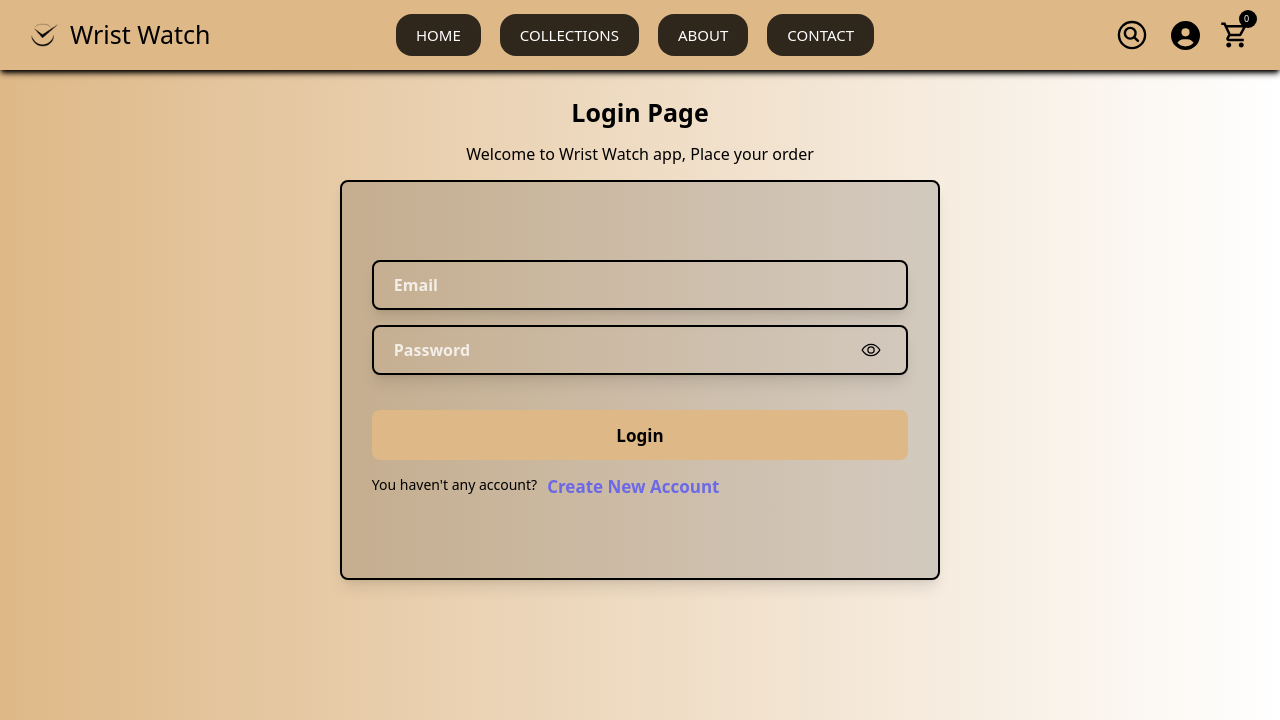
Repository: mansibhanushali/online_watch_ecommerce_mernstack_webapplication
Page: /login (app in frontend/)
These files come from the project's save history. The page is drawn as it stood at one moment and after the next save; the edit follows.
The browser window is 1280 px wide. The pictures show the whole page.
The page's requests for data from a server got no answer. The project was rebuilt for these pictures with package versions that can differ from the ones it lists, and the page was loaded fresh each time. No one was signed in, and anything a server would have sent is missing. Also part of the build but not shown: frontend/vite.config.js, frontend/src/component/Loading.jsx, frontend/src/pages/Registration.jsx, frontend/src/component/Backgound.jsx, frontend/src/component/Title.jsx, frontend/src/component/Card.jsx, frontend/src/component/LatestCollection.jsx, frontend/src/component/BestSeller.jsx and 13 more.

Above is the page before, as saved 2025-08-15 21:57:48.

### frontend/index.html
<!doctype html>
<html lang="en">
  <head>
    <meta charset="UTF-8" />
    <link rel="icon" type="image/svg+xml" href="\logo1.png" />
    <meta name="viewport" content="width=device-width, initial-scale=1.0" />
    <title>Wristwatch</title>
  </head>
  <body>
    <div id="root"></div>
    <script type="module" src="/src/main.jsx"></script>
  </body>
</html>

### frontend/src/main.jsx
// src/main.jsx
import React from 'react';
import { createRoot } from 'react-dom/client';
import { BrowserRouter } from 'react-router-dom';
import './index.css';

import App from './App.jsx';
import AuthContext from './context/authContext.jsx';
import UserContextProvider from './context/UserContext.jsx';
import ShopContext from './context/ShopContext.jsx';

createRoot(document.getElementById('root')).render(
  <React.StrictMode>
    <BrowserRouter>
      <AuthContext>
        <UserContextProvider>
          <ShopContext>
            <App />
          </ShopContext>
        </UserContextProvider>
      </AuthContext>
    </BrowserRouter>
  </React.StrictMode>
);

### frontend/src/index.css
@import "tailwindcss";

body {
  @apply bg-white min-h-screen;
}

### frontend/src/App.jsx
import React, { useContext } from 'react';
import { Navigate, Route, Routes, useLocation } from 'react-router-dom';
import Registration from './pages/Registration';
import Home from './pages/Home';
import Login from './pages/Login';
import Nav from './component/Nav';
import { userDataContext } from './context/UserContext';
import About from './pages/About';
import Collections from './pages/Collections';
import Product from './pages/Product';
import Contact from './pages/Contact';
import ProductDetail from './pages/ProductDetail';
import Cart from './pages/Cart';
import PlaceOrder from './pages/PlaceOrder';
import Order from './pages/Order';
import { ToastContainer } from 'react-toastify';
import NotFound from './pages/NotFound';

function App() {
  const { userData } = useContext(userDataContext);
  const location = useLocation();

  // Protected route wrapper
  const ProtectedRoute = (Component) => {
    return userData ? (
      Component
    ) : (
      <Navigate to="/login" state={{ from: location.pathname }} />
    );
  };

  return (
    <>
      <ToastContainer />
      <Nav />
      <Routes>
        {/* Public Routes */}
        <Route path="/" element={<Home />} />
        <Route path="/about" element={<About />} />
        <Route path="/collection" element={<Collections />} />
        <Route path="/collection/:category" element={<Collections />} />
        <Route path="/product" element={<Product />} />
        <Route path="/contact" element={<Contact />} />

        {/* Auth Routes */}
        <Route
          path="/login"
          element={
            userData ? (
              <Navigate to={location.state?.from || '/'} />
            ) : (
              <Login />
            )
          }
        />
        <Route
          path="/signup"
          element={
            userData ? (
              <Navigate to={location.state?.from || '/'} />
            ) : (
              <Registration />
            )
          }
        />

        {/* Protected Routes */}
        <Route
          path="/productdetail/:productId"
          element={ProtectedRoute(<ProductDetail />)}
        />
        <Route path="/cart" element={ProtectedRoute(<Cart />)} />
        <Route path="/placeorder" element={ProtectedRoute(<PlaceOrder />)} />
        <Route path="/order" element={ProtectedRoute(<Order />)} />

        {/* 404 Fallback */}
        <Route path="*" element={<NotFound />} />
      </Routes>
    </>
  );
}

export default App;

### frontend/src/context/AuthContext.jsx
// src/context/AuthContext.jsx
import React, { createContext, useReducer, useEffect } from "react";
import axios from "axios";

const initialState = {
  user: null,
  token: null,
  isAuthenticated: false,
};

function reducer(state, action) {
  switch (action.type) {
    case "LOGIN":
      return {
        ...state,
        user: action.payload.user,
        token: action.payload.token,
        isAuthenticated: true,
      };
    case "LOGOUT":
      return initialState;
    default:
      return state;
  }
}

export const authDataContext = createContext();

function AuthContext({ children }) {
  const serverUrl = "http://localhost:8000";

  const [state, dispatch] = useReducer(reducer, initialState, () => {
    const token = localStorage.getItem("token");
    const user = localStorage.getItem("user");
    return token && user
      ? { token, user: JSON.parse(user), isAuthenticated: true }
      : initialState;
  });

  // axios defaults setup (runs whenever token changes)
  useEffect(() => {
    axios.defaults.baseURL = serverUrl;
    axios.defaults.withCredentials = true;

    if (state.token) {
      axios.defaults.headers.common["Authorization"] = `Bearer ${state.token}`;
      localStorage.setItem("token", state.token);
      localStorage.setItem("user", JSON.stringify(state.user));
    } else {
      delete axios.defaults.headers.common["Authorization"];
      localStorage.removeItem("token");
      localStorage.removeItem("user");
    }
  }, [state.token, state.user]);

  // Fetch current user from backend
  const fetchCurrentUser = async (token) => {
    try {
      const res = await axios.get("/api/user/getcurrentuser", {
        headers: { Authorization: `Bearer ${token}` }
      });
      return res.data;
    } catch (err) {
      console.error("Fetch current user error:", err.response?.data || err.message);
      return null;
    }
  };

  // Login and fetch user
  const login = async ({ token }) => {
    const user = await fetchCurrentUser(token);
    if (user) {
      dispatch({ type: "LOGIN", payload: { token, user } });
    }
  };

  const logout = () => dispatch({ type: "LOGOUT" });

  // Auto login when page refreshes
  useEffect(() => {
    const autoLogin = async () => {
      if (state.token && !state.user) {
        const user = await fetchCurrentUser(state.token);
        if (user) {
          dispatch({ type: "LOGIN", payload: { token: state.token, user } });
        }
      }
    };
    autoLogin();
  }, []);

  return (
    <authDataContext.Provider value={{ serverUrl, ...state, login, logout }}>
      {children}
    </authDataContext.Provider>
  );
}

export default AuthContext;

### frontend/src/context/UserContext.jsx
// src/context/UserContext.jsx
import React, { createContext, useContext, useEffect, useState } from 'react';
import { authDataContext } from './AuthContext';
import axios from 'axios';

export const userDataContext = createContext();

function UserContextProvider({ children }) {
  const [userData, setUserData] = useState(null);
  const { serverUrl } = useContext(authDataContext);

  const getCurrentUser = async () => {
    try {
      // ✅ Cookie-based request
      const result = await axios.get(`${serverUrl}/api/user/getcurrentuser`, {
        withCredentials: true, // Cookie automatically send होगी
      });

      if (result.data?.success) {
        setUserData(result.data.user);
      } else {
        setUserData(null);
      }
    } catch (error) {
      setUserData(null);
      console.error("getCurrentUser error:", error);
    }
  };

  // 🔹 Page load pe call
  useEffect(() => {
    getCurrentUser();
  }, []);

  return (
    <userDataContext.Provider value={{ userData, setUserData, getCurrentUser }}>
      {children}
    </userDataContext.Provider>
  );
}

export default UserContextProvider;

### frontend/src/context/ShopContext.jsx
import React, { createContext, useContext, useEffect, useState, useCallback } from 'react';
import { authDataContext } from './authContext';
import { userDataContext } from './UserContext';
import axios from 'axios';
import { toast } from 'react-toastify';

export const shopDataContext = createContext();

function ShopContextProvider({ children }) {
  const [products, setProducts] = useState([]);
  const [search, setSearch] = useState('');
  const { userData } = useContext(userDataContext);
  const [showSearch, setShowSearch] = useState(false);
  const { serverUrl } = useContext(authDataContext);
  const [cartItem, setCartItem] = useState({});
  const [loading, setLoading] = useState(false);
  const [token, setToken] = useState(localStorage.getItem("token") || "");

  const currency = '₹';
  const delivery_fee = 40;

  // token sync
  useEffect(() => {
    const savedToken = localStorage.getItem("token");
    if (savedToken) {
      setToken(savedToken);
    }
  }, []);

  // ✅ Get products
  const getProducts = useCallback(async () => {
    if (!serverUrl) return;
    try {
      const result = await axios.get(`${serverUrl}/api/product/list`);
      setProducts(result.data);
    } catch (error) {
      console.error("Get Products Error:", error);
    }
  }, [serverUrl]);

  // ✅ Add to cart
  const addtoCart = async (itemId) => {
    let cartData = structuredClone(cartItem);
    cartData[itemId] = (cartData[itemId] || 0) + 1;
    setCartItem(cartData);

    if (userData && token) {
      setLoading(true);
      try {
        await axios.post(
          `${serverUrl}/api/cart/add`,
          { itemId },
          {
            headers: { Authorization: `Bearer ${token}` },
            withCredentials: true
          }
        );
      } catch (error) {
        console.error(error);
        toast.error("Add Cart Error");
      } finally {
        setLoading(false);
      }
    }
  };

  // ✅ Get user cart
  const getUserCart = useCallback(async () => {
    if (!token || !serverUrl) return;
    try {
      const result = await axios.post(
        `${serverUrl}/api/cart/get`,
        {},
        {
          headers: { Authorization: `Bearer ${token}` },
          withCredentials: true
        }
      );
      setCartItem(result.data || {});
    } catch (error) {
      console.error("Get User Cart Error:", error);
    }
  }, [serverUrl, token]);

  // ✅ Update cart item quantity
  const updateQuantity = async (itemId, quantity) => {
    let cartData = structuredClone(cartItem);
    cartData[itemId] = quantity;
    setCartItem(cartData);

    if (userData && token) {
      try {
        await axios.post(
          `${serverUrl}/api/cart/update`,
          { itemId, quantity },
          {
            headers: { Authorization: `Bearer ${token}` },
            withCredentials: true
          }
        );
      } catch (error) {
        console.error(error);
      }
    }
  };

  // ✅ Total cart items count
  const getCartCount = () => {
    return Object.values(cartItem).reduce((acc, qty) => acc + qty, 0);
  };

  // ✅ Total cart amount
  const getCartAmount = () => {
    let totalAmount = 0;
    for (const itemId in cartItem) {
      let itemInfo = products.find((product) => product._id === itemId);
      if (itemInfo && cartItem[itemId] > 0) {
        totalAmount += itemInfo.price * cartItem[itemId];
      }
    }
    return totalAmount;
  };

  // Fetch products and cart
  useEffect(() => {
    getProducts();
  }, [getProducts]);

  useEffect(() => {
    getUserCart();
  }, [getUserCart]);

  let value = {
    products,
    currency,
    delivery_fee,
    getProducts,
    search,
    setSearch,
    showSearch,
    setShowSearch,
    cartItem,
    addtoCart,
    getCartCount,
    setCartItem,
    updateQuantity,
    getCartAmount,
    loading,
    serverUrl,
    setToken,
    token
  };

  return (
    <shopDataContext.Provider value={value}>
      {children}
    </shopDataContext.Provider>
  );
}

export default ShopContextProvider;

### frontend/src/pages/Login.jsx
import React, { useState, useContext } from 'react';
import { useNavigate } from 'react-router-dom';
import { IoEyeOutline, IoEye } from "react-icons/io5";
import Logo from "../assets/logo.png";
import { authDataContext } from '../context/AuthContext';
import { userDataContext } from '../context/UserContext';
import Loading from '../component/Loading';
import axios from 'axios';
import { toast } from 'react-toastify';

function Login() {
  const [show, setShow] = useState(false);
  const [email, setEmail] = useState("");
  const [password, setPassword] = useState("");
  const [loading, setLoading] = useState(false);

  const { serverUrl, login } = useContext(authDataContext);
  const { getCurrentUser } = useContext(userDataContext);
  const navigate = useNavigate();

  const handleLogin = async (e) => {
    e.preventDefault();
    setLoading(true);

    try {
      const { data } = await axios.post(
        `${serverUrl}/api/auth/login`,
        { email, password },
        { withCredentials: true }
      );

      if (!data?.token || !data?.user) {
        toast.error("Invalid response from server");
        return;
      }

      // ✅ Context + LocalStorage me save hoga automatically via AuthContext
      login({ token: data.token, user: data.user });

      // ✅ User fresh data fetch karna (agar zarurat ho)
      await getCurrentUser(data.token);

      toast.success(`Welcome, ${data.user.name || "User"}!`);
      navigate("/");
    } catch (error) {
      toast.error(error.response?.data?.message || "User Login Failed");
    } finally {
      setLoading(false);
    }
  };

  return (
    <div className='w-[100vw] h-[100vh] bg-gradient-to-l from-[burlwood] to-[burlywood] text-black flex flex-col items-center justify-start'>
      {/* Logo */}
      <div
        className='w-full h-[80px] flex items-center px-[30px] gap-[10px] cursor-pointer'
        onClick={() => navigate("/")}
      >
        <img className='w-[40px]' src={Logo} alt="Logo" />
        <h1 className='text-[22px] font-sans'>Wrist Watch</h1>
      </div>

      {/* Heading */}
      <div className='w-full h-[100px] flex flex-col items-center justify-center gap-[10px]'>
        <span className='text-[25px] font-semibold'>Login Page</span>
        <span className='text-[16px]'>Welcome to Wrist Watch app, Place your order</span>
      </div>

      {/* Form */}
      <div className='max-w-[600px] w-[90%] h-[400px] bg-[#00000025] border-2 border-[black] rounded-lg shadow-lg flex items-center justify-center'>
        <form onSubmit={handleLogin} className='w-[90%] flex flex-col items-center gap-[20px]'>
          <div className='w-full flex flex-col gap-[15px] relative'>
            <input
              type="email"
              className='w-full h-[50px] border-[2px] border-[black] rounded-lg shadow-lg bg-transparent placeholder-[#ffffffc7] px-[20px] font-semibold'
              placeholder='Email'
              required
              value={email}
              onChange={(e) => setEmail(e.target.value)}
            />

            <input
              type={show ? "text" : "password"}
              className='w-full h-[50px] border-[2px] border-[black] rounded-lg shadow-lg bg-transparent placeholder-[#ffffffc7] px-[20px] font-semibold'
              placeholder='Password'
              required
              value={password}
              onChange={(e) => setPassword(e.target.value)}
            />

            {show ? (
              <IoEye
                className='w-[20px] h-[20px] cursor-pointer absolute right-[5%] top-[80px]'
                onClick={() => setShow(!show)}
              />
            ) : (
              <IoEyeOutline
                className='w-[20px] h-[20px] cursor-pointer absolute right-[5%] top-[80px]'
                onClick={() => setShow(!show)}
              />
            )}

            <button
              type="submit"
              disabled={loading}
              className='w-full h-[50px] bg-[burlywood] rounded-lg mt-[20px] flex items-center justify-center text-[17px] font-semibold'
            >
              {loading ? <Loading /> : "Login"}
            </button>

            <p className='flex gap-[10px] text-sm'>
              You haven't any account?
              <span
                className='text-[#5555f6cf] text-[17px] font-semibold cursor-pointer'
                onClick={() => navigate("/signup")}
              >
                Create New Account
              </span>
            </p>
          </div>
        </form>
      </div>
    </div>
  );
}

export default Login;

Loaded but not shown: frontend/src/component/Nav.jsx (137 lines, source omitted)

After the next save:
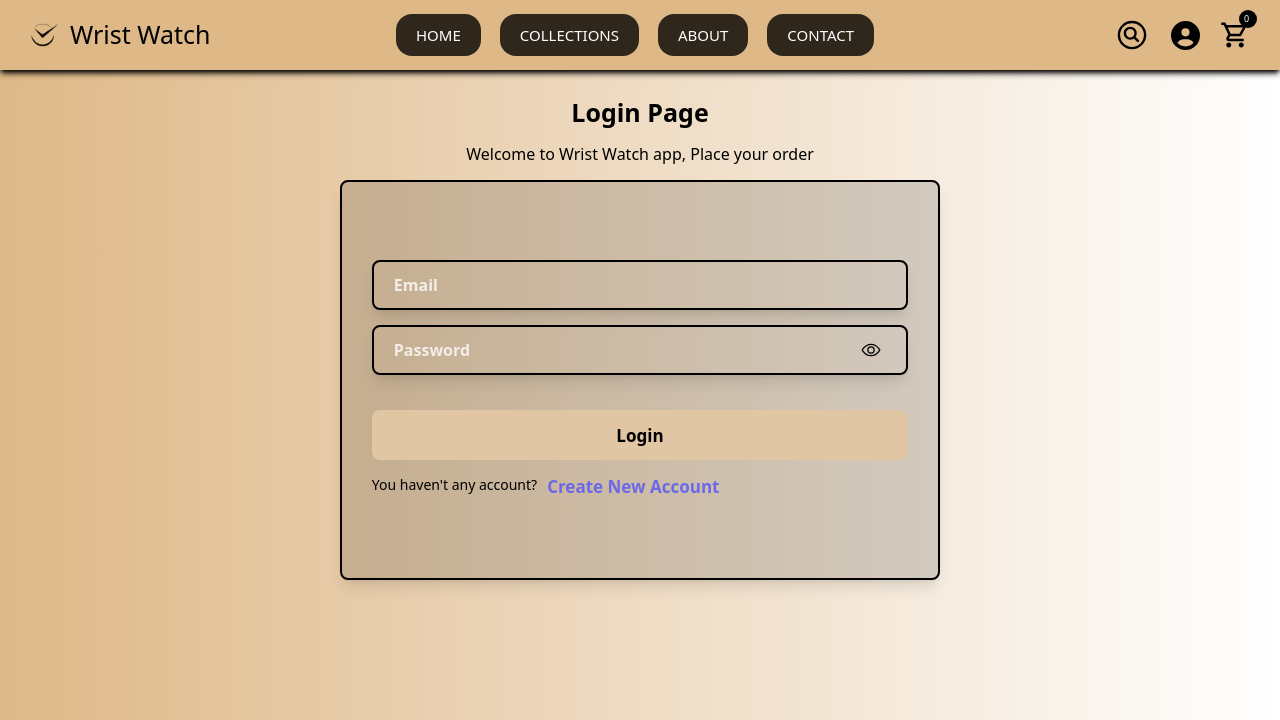
Saved 11 min 4 s later.
--- a/frontend/src/pages/Login.jsx
+++ b/frontend/src/pages/Login.jsx
@@ -103,7 +103,7 @@
             <button
               type="submit"
               disabled={loading}
-              className='w-full h-[50px] bg-[burlywood] rounded-lg mt-[20px] flex items-center justify-center text-[17px] font-semibold'
+              className='w-full h-[50px] bg-[#e1c6a4] rounded-lg mt-[20px] flex items-center justify-center text-[17px] font-semibold'
             >
               {loading ? <Loading /> : "Login"}
             </button>

After the save that followed:
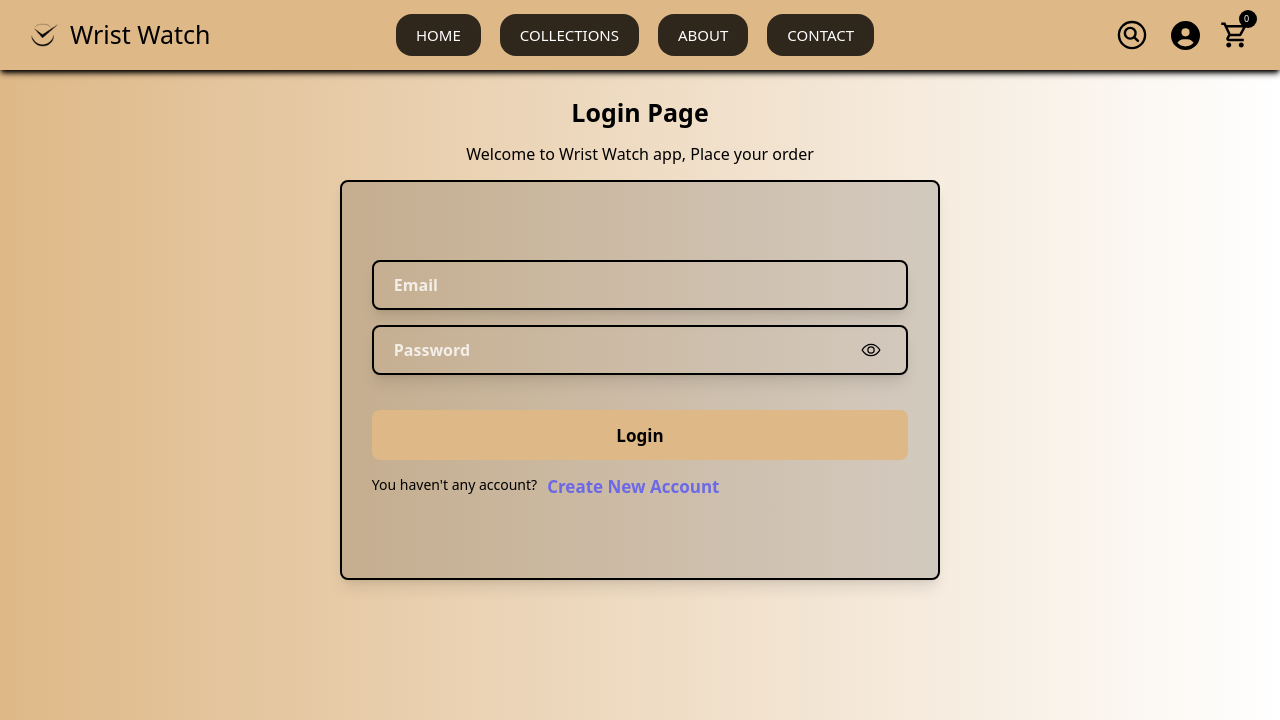
Saved 20 s later.
--- a/frontend/src/pages/Login.jsx
+++ b/frontend/src/pages/Login.jsx
@@ -103,7 +103,7 @@
             <button
               type="submit"
               disabled={loading}
-              className='w-full h-[50px] bg-[#e1c6a4] rounded-lg mt-[20px] flex items-center justify-center text-[17px] font-semibold'
+              className='w-full h-[50px] bg-[burlywood] rounded-lg mt-[20px] flex items-center justify-center text-[17px] font-semibold'
             >
               {loading ? <Loading /> : "Login"}
             </button>
